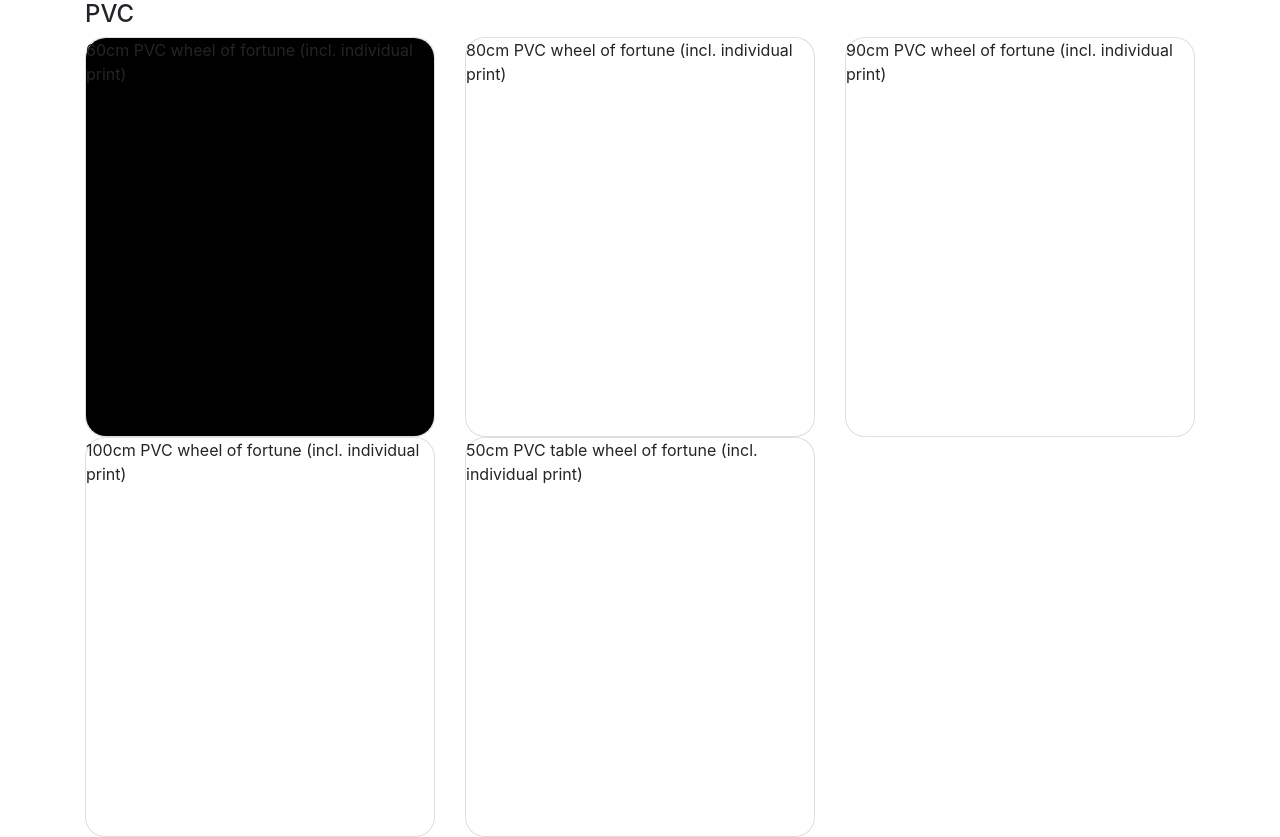
Repository: Awaisp-irfan/fahad-project
Page: pvc.html
The author's editor kept a copy of each file at every save. The page is drawn from the files as they stood at one save, then again after the next save.
The browser window is 1280 px wide. The pictures show the whole page.

Above is the page before, as saved 2022-06-30 08:02:34.

After the next save:
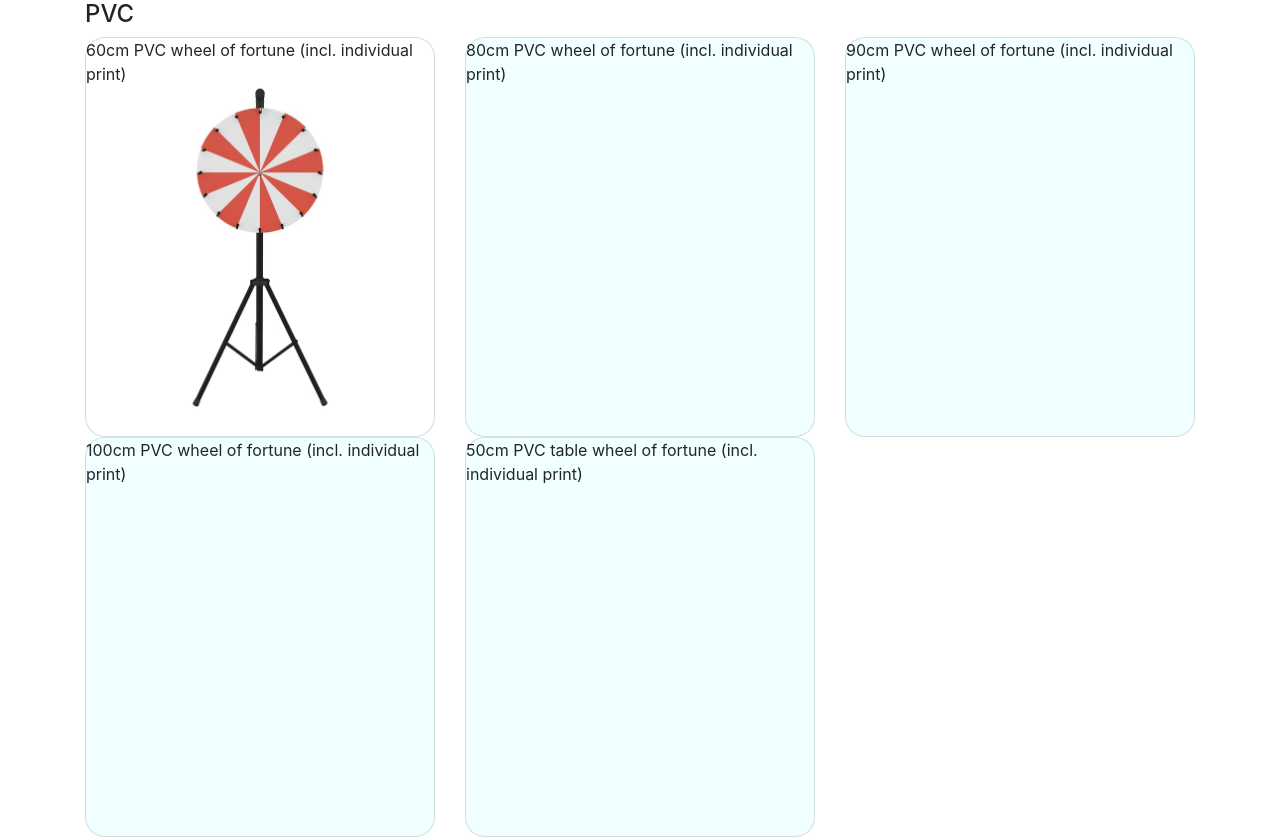
Saved 48 s later.
--- a/style.css
+++ b/style.css
@@ -14,6 +14,7 @@
 .col-lg-4>.img-div{
     height: 400px;
     border-radius: 20px;
+    background-color: azure;
 }
 .wooden{
     background-image: url(./assests/wooden.jpg);
@@ -34,7 +35,7 @@
 }
 .cm60{
     background: url(./assests/60cm\ PVC.jpg);
-    background: #000;
+
     background-size: cover;
     background-position: center;
     background-repeat: no-repeat;
